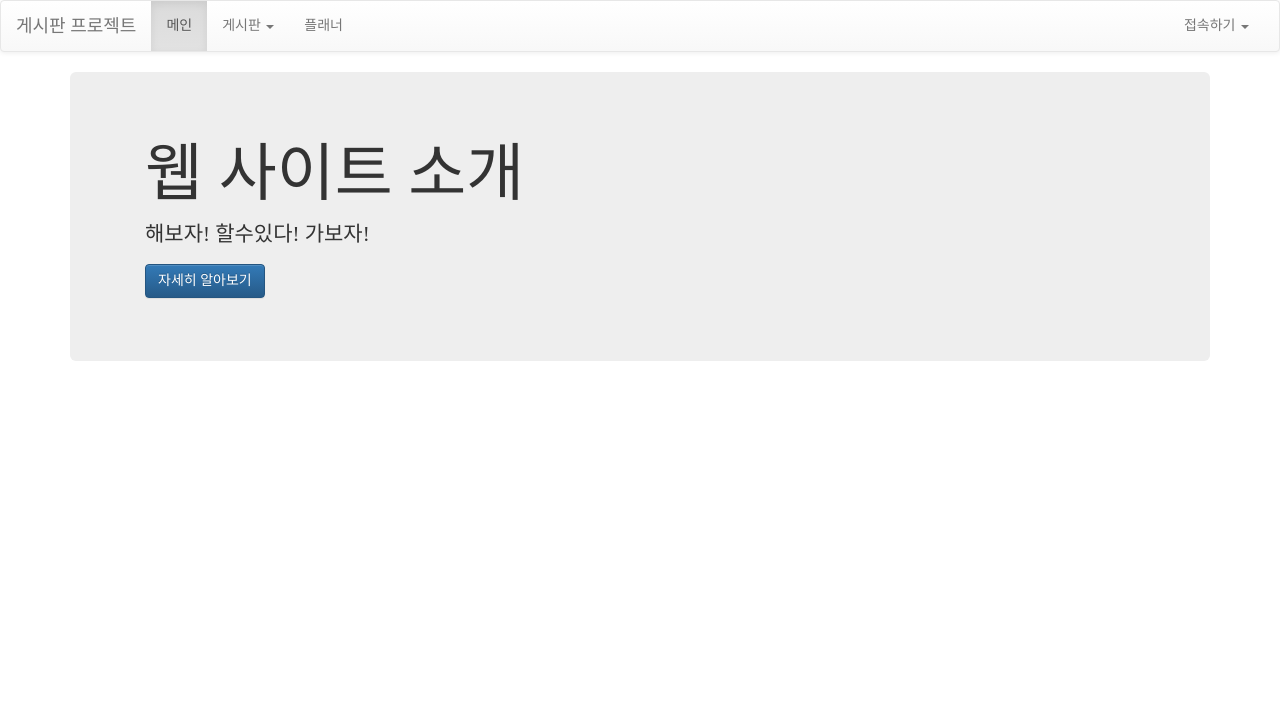
Repository: Seok7975/Project_PlannerSharingBoard
Page: http://localhost/ToDoList공유_게시판_ver3/main.jsp
An editor plug-in stored every save of this project. The page is shown before and after the next save, followed by the edit.
The browser window is 1280 px wide. The pictures show the whole page.
Some web fonts or font styles are not loaded; a fallback is used. Some web libraries are served in a nearby version. The page is served by Tomcat 9. Other server files are loaded and not shown.

Above is the page before, as saved 2024-07-05 01:11:16.
Console error: TypeError: Cannot read properties of null (reading 'classList')

### List_Projects_ver3/ToDoList공유 게시판_ver3/src/main/webapp/main.jsp
<%--  <!-- 회원가입화면 -->
<%@ page language="java" contentType="text/html; charset=UTF-8"
    pageEncoding="UTF-8"%>
<%@ page import="java.io.PrintWriter" %>
<!DOCTYPE html>
<html>
<head>
<meta http-equiv="Content-Type" content="text/html; charset=UTF-8">
<meta name="viewport" content="width=device-width, initial-scale=1">
<!-- Latest compiled and minified CSS -->
<link rel="stylesheet" href="https://cdn.jsdelivr.net/npm/bootstrap@3.3.7/dist/css/bootstrap.min.css" integrity="sha384-BVYiiSIFeK1dGmJRAkycuHAHRg32OmUcww7on3RYdg4Va+PmSTsz/K68vbdEjh4u" crossorigin="anonymous">
<!-- Optional theme -->
<link rel="stylesheet" href="https://cdn.jsdelivr.net/npm/bootstrap@3.3.7/dist/css/bootstrap-theme.min.css" integrity="sha384-rHyoN1iRsVXV4nD0JutlnGaslCJuC7uwjduW9SVrLvRYooPp2bWYgmgJQIXwl/Sp" crossorigin="anonymous">
<!-- jQuery (necessary for Bootstrap's JavaScript plugins) -->
<script src="https://code.jquery.com/jquery-3.1.1.min.js"></script>
<!-- Latest compiled and minified JavaScript -->
<script src="https://cdn.jsdelivr.net/npm/bootstrap@3.3.7/dist/js/bootstrap.min.js" integrity="sha384-Tc5IQib027qvyjSMfHjOMaLkfuWVxZxUPnCJA7l2mCWNIpG9mGCD8wGNIcPD7Txa" crossorigin="anonymous"></script>
<title>JSP 게시판 웹 사이트</title>
</head>
<body>
<%
	String userID = null;
	if (session.getAttribute("userID") != null) {
		userID = (String) session.getAttribute("userID");
	}
%>
	<nav class="navbar navbar-default">
		<div class="container-fluid">
			<div class="navbar-header">
				<button type="button" class="navbar-toggle collapsed" data-toggle="collapse" data-target="#bs-example-navbar-collapse-1" aria-expanded="false">
					<span class="sr-only">Toggle navigation</span>
					<span class="icon-bar"></span>
					<span class="icon-bar"></span>
					<span class="icon-bar"></span>
				</button>
				<a class="navbar-brand" href="main.jsp">게시판 프로젝트</a>
			</div>
			<div class="collapse navbar-collapse" id="bs-example-navbar-collapse-1">
				<ul class="nav navbar-nav">
					<li class="active"><a href="main.jsp">메인</a></li>
					<li><a href="bbs.jsp">게시판</a></li>

				</ul>
				<%
					if(userID == null) {
				%>
					<ul class="nav navbar-nav navbar-right">
						<li class="dropdown">
							<a href="#" class="dropdown-toggle" data-toggle="dropdown" role="button" aria-haspopup="true" aria-expanded="false">접속하기 <span class="caret"></span></a>
							<ul class="dropdown-menu">
								<li><a href="login.jsp">로그인</a></li>
								<li><a href="join.jsp">회원가입</a></li>
							</ul>
						</li>
					</ul>
				<%
					} else {
				%>
						<ul class="nav navbar-nav navbar-right">
						<li class="dropdown">
							<a href="#" class="dropdown-toggle" data-toggle="dropdown" role="button" aria-haspopup="true" aria-expanded="false">회원관리<span class="caret"></span></a>
							<ul class="dropdown-menu">
								<li><a href="logoutAction.jsp">로그아웃</a></li>
							</ul>
						</li>
					</ul>
				<%
					}
				%>
			</div>
		</div>
	</nav>
</body>
</html>

  --%>


<%@page import="java.util.List"%>
<%@page import="java.util.ArrayList"%>
<%@ page language="java" contentType="text/html; charset=UTF-8"
    pageEncoding="UTF-8"%>
<!DOCTYPE html>
<html>
<head>
    <meta charset="UTF-8">
    <title>JSP 게시판 웹 사이트</title>
    <link rel="stylesheet" href="https://cdn.jsdelivr.net/npm/bootstrap@3.3.7/dist/css/bootstrap.min.css" integrity="sha384-BVYiiSIFeK1dGmJRAkycuHAHRg32OmUcww7on3RYdg4Va+PmSTsz/K68vbdEjh4u" crossorigin="anonymous">
    <link rel="stylesheet" href="https://cdn.jsdelivr.net/npm/bootstrap@3.3.7/dist/css/bootstrap-theme.min.css" integrity="sha384-rHyoN1iRsVXV4nD0JutlnGaslCJuC7uwjduW9SVrLvRYooPp2bWYgmgJQIXwl/Sp" crossorigin="anonymous">
    <link rel="stylesheet" href="css/bbsStyle.css"> <!-- 외부 CSS 파일 참조 -->
    <script src="https://code.jquery.com/jquery-3.1.1.min.js"></script>
    <script src="https://cdn.jsdelivr.net/npm/bootstrap@3.3.7/dist/js/bootstrap.min.js" integrity="sha384-Tc5IQib027qvyjSMfHjOMaLkfuWVxZxUPnCJA7l2mCWNIpG9mGCD8wGNIcPD7Txa" crossorigin="anonymous"></script>
    <link rel="stylesheet" href="css/jumbotronCustom.css">
	<script>
	    document.addEventListener('DOMContentLoaded', function() {
	        function adjustSidebar() {
	            var windowWidth = window.innerWidth;
	            var container = document.querySelector('.container');
	            var containerWidth = container ? container.offsetWidth : 0;
	            var sidebar = document.querySelector('.sidebar');
	            var mainContent = document.querySelector('.main-content');

	            // 메인 콘텐츠와 사이드바가 겹칠 때 사이드바를 숨김
	            if (windowWidth <= containerWidth + 200) {
	                sidebar.classList.add('hidden');
	                mainContent.classList.add('expanded');
	            } else {
	                sidebar.classList.remove('hidden');
	                mainContent.classList.remove('expanded');
	            }
	        }

	        adjustSidebar();

	        window.addEventListener('resize', function() {
	            adjustSidebar();
	        });
	    });
	</script>
</head>
<body>
<%
    String userID = null;
    if (session.getAttribute("userID") != null) {
        userID = (String) session.getAttribute("userID");
    }
%>
    <div class="sidebar">
        <a href="main.jsp" style="text-align: center;" >메인</a>
        <div class="dropdown">
            <a href="bbs.jsp?bbsCategory=all" style="text-align: center;" >게시판 <span class="caret"></span></a>
            <ul class="dropdown-menu">
                <li><a href="bbs.jsp?bbsCategory=all" style="text-align: center;">전체글보기</a></li>
                <li><a href="bbs.jsp?bbsCategory=free" style="text-align: center;">자유게시판</a></li>
                <li><a href="bbs.jsp?bbsCategory=study" style="text-align: center;">공부게시판</a></li>
                <li><a href="bbs.jsp?bbsCategory=exercise" style="text-align: center;">운동게시판</a></li>
            </ul>
        </div>
        <a href="planner/planner.jsp" style="text-align: center;">플래너</a>
    </div>
    <nav class="navbar navbar-default">
        <div class="container-fluid">
            <div class="navbar-header">
                <button type="button" class="navbar-toggle collapsed" data-toggle="collapse" data-target="#bs-example-navbar-collapse-1" aria-expanded="false">
                    <span class="sr-only">Toggle navigation</span>
                    <span class="icon-bar"></span>
                    <span class="icon-bar"></span>
                    <span class="icon-bar"></span>
                </button>
                <a class="navbar-brand" href="main.jsp">게시판 프로젝트</a>
            </div>
            <div class="collapse navbar-collapse" id="bs-example-navbar-collapse-1">
                <ul class="nav navbar-nav">
                    <li class="active"><a href="main.jsp">메인</a></li>
                    <li class="dropdown">
	                    <a href="bbs.jsp?bbsCategory=all" role="button" aria-haspopup="true" aria-expanded="false">게시판 <span class="caret"></span></a>
                        <ul class="dropdown-menu">
                            <li><a href="bbs.jsp?bbsCategory=all">전체글보기</a></li>
                            <li><a href="bbs.jsp?bbsCategory=free">자유게시판</a></li>
                            <li><a href="bbs.jsp?bbsCategory=study">공부게시판</a></li>
                            <li><a href="bbs.jsp?bbsCategory=exercise">운동게시판</a></li>
                        </ul>
                    </li>
                    <li><a href="planner/planner.jsp">플래너</a></li> <!-- 플래너 메뉴 추가 -->
                </ul>
                <%
                    if(userID == null) {
                %>
                    <ul class="nav navbar-nav navbar-right">
                        <li class="dropdown">
                            <a href="#" class="dropdown-toggle" data-toggle="dropdown" role="button" aria-haspopup="true" aria-expanded="false">접속하기 <span class="caret"></span></a>
                            <ul class="dropdown-menu">
                                <li><a href="id/login.jsp">로그인</a></li>
                                <li><a href="id/join.jsp">회원가입</a></li>
                            </ul>
                        </li>
                    </ul>
                <%
                    } else {
                %>
                        <ul class="nav navbar-nav navbar-right">
                        <li class="dropdown">
                            <a href="#" class="dropdown-toggle" data-toggle="dropdown" role="button" aria-haspopup="true" aria-expanded="false">회원관리<span class="caret"></span></a>
                            <ul class="dropdown-menu">
                                <li><a href="id/profile.jsp">My Profile</a></li> <!-- My Profile 메뉴 추가 -->
                                <li><a href="id/logoutAction.jsp">로그아웃</a></li>
                            </ul>
                        </li>
                    </ul>
                <%
                    }
                %>
            </div>
        </div>
    </nav>

    <div class="container">
        <% if (userID != null) { %>
            <div class="alert alert-info" role="alert" style="margin-top: 20px;">
                <strong>로그인한 사용자:</strong> <%= userID %>
            </div>
        <% } %>
    	<div class="jumbotron">
    		<div class="container">
    			<h1>웹 사이트 소개</h1>
    			<p>해보자! 할수있다! 가보자!</p>
    			<p><a class="btn btn-primary btn-pull" href="#" role="button">자세히 알아보기</a>
    		</div>
    	</div>
    </div>
</body>
</html>

### List_Projects_ver3/ToDoList공유 게시판_ver3/src/main/webapp/css/bbsStyle.css
@charset "UTF-8";
/* body {
     background-color: #e0f7fa;   생동감 있는 옅은 파란색 배경
} */

/* 네비게이션 바를 상단에 고정 */
.navbar-fixed-top {
    position: fixed;
    top: 0;
    width: 100%;
    z-index: 1000;
}


/* 왼쪽 사이드바 스타일 */
.sidebar {
    position: fixed;
    top: 50px; /* 네비게이션 바 높이만큼 아래로 내림 */
    left: 0;
    width: 155px;
    height: calc(100% - 50px); /* 네비게이션 바 높이만큼 줄임 */
    background-color: #f8f8f8;
    padding-top: 20px;
    border-right: 1px solid #ddd;
    transition: width 0.3s ease, opacity 0.3s ease; /* 사이드바 너비와 투명도 변화 애니메이션 */
    /* overflow: hidden; */
}

.sidebar a {
    display: block;
    color: black;
    padding: 16px;
    text-decoration: none;
}

.sidebar a:hover {
    background-color: #ddd;
    color: black;
}

.sidebar .dropdown-menu {
    display: none;
    position: static;
    float: none;
    background-color: #f8f8f8;
    border: none;
    box-shadow: none;
}

.sidebar .dropdown:hover .dropdown-menu {
    display: block;
    animation: slideDown 0.3s ease-in-out; /* 슬라이딩 애니메이션 추가 */
}

    /* 사이드바가 사라질 때의 스타일 */
    .sidebar.hidden {
        width: 0;
        opacity: 0;
        overflow: hidden;
    }

    /* 메인 콘텐츠가 확장될 때의 스타일 */
    .main-content.expanded {
        margin-left: 0;
    }

@keyframes slideDown {
    0% {
        opacity: 0;
        transform: translateY(-10px);
    }
    100% {
        opacity: 1;
        transform: translateY(0);
    }
}


/* 드롭다운 메뉴가 커서를 가져다 대기만 해도 열리도록 설정 */
.navbar-nav > li.dropdown:hover > .dropdown-menu {
    display: block;
    animation: slideDown 0.3s ease-in-out; /* 슬라이딩 애니메이션 추가 */
}

.category-title {
    font-size: 24px; /* 텍스트 크기 */
    font-weight: bold; /* 텍스트 굵기 */
    margin-bottom: 20px; /* 아래쪽 여백 */
    /* text-align: center; */ /* 가운데 정렬 */
    /* color: #333; */ /* 텍스트 색상 */
}


a, a:hover {
    color : #000000;
    text-decoration: none;
}

.table {
    width: 100%;
    table-layout: fixed;
    border-collapse: collapse;
}

.table th.number-col {
    width: 8%;
}
.table th.title-col {
    width: 45%;
}
.table th.writer-col {
    width: 14%;
}

.table th.date-col {
	width: 15%;
}

.table th.viewCount-col {
	width: 8%;
}

.table th, .table td {
	/* border: 1px solid #ddd; */
	white-space: nowrap;
	overflow: hidden;
	text-overflow: ellipsis;
}

.table td {
    text-align: center;
    /* border: 1px solid #dddddd; */
       background-color: #fefefe;
}

### List_Projects_ver3/ToDoList공유 게시판_ver3/src/main/webapp/css/jumbotronCustom.css

@import url(http://fonts.googleapis.com/earlyaccess/nanumgothic.css);
@import url(http://fonts.googleapis.com/earlyaccess/hanna.css);
* {
	font-family : 'Nanum Gothic';
}

h1 {
	font-family : 'Hanna';
}

After the next save:
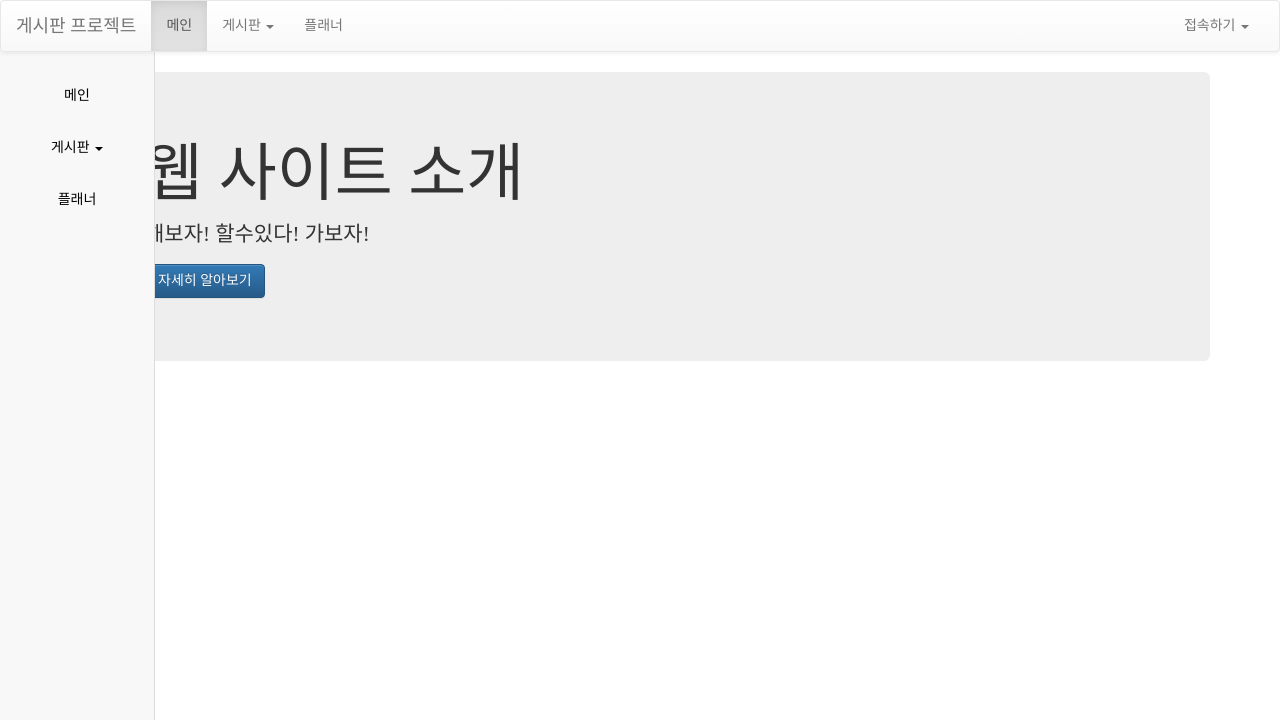
The error is gone.
Saved 2 min 20 s later.
--- a/List_Projects_ver3/ToDoList공유 게시판_ver3/src/main/webapp/main.jsp
+++ b/List_Projects_ver3/ToDoList공유 게시판_ver3/src/main/webapp/main.jsp
@@ -92,7 +92,7 @@
     <script src="https://cdn.jsdelivr.net/npm/bootstrap@3.3.7/dist/js/bootstrap.min.js" integrity="sha384-Tc5IQib027qvyjSMfHjOMaLkfuWVxZxUPnCJA7l2mCWNIpG9mGCD8wGNIcPD7Txa" crossorigin="anonymous"></script>
     <link rel="stylesheet" href="css/jumbotronCustom.css">
 	<script>
-	    document.addEventListener('DOMContentLoaded', function() {
+/* 	    document.addEventListener('DOMContentLoaded', function() {
 	        function adjustSidebar() {
 	            var windowWidth = window.innerWidth;
 	            var container = document.querySelector('.container');
@@ -115,7 +115,7 @@
 	        window.addEventListener('resize', function() {
 	            adjustSidebar();
 	        });
-	    });
+	    }); */
 	</script>
 </head>
 <body>
